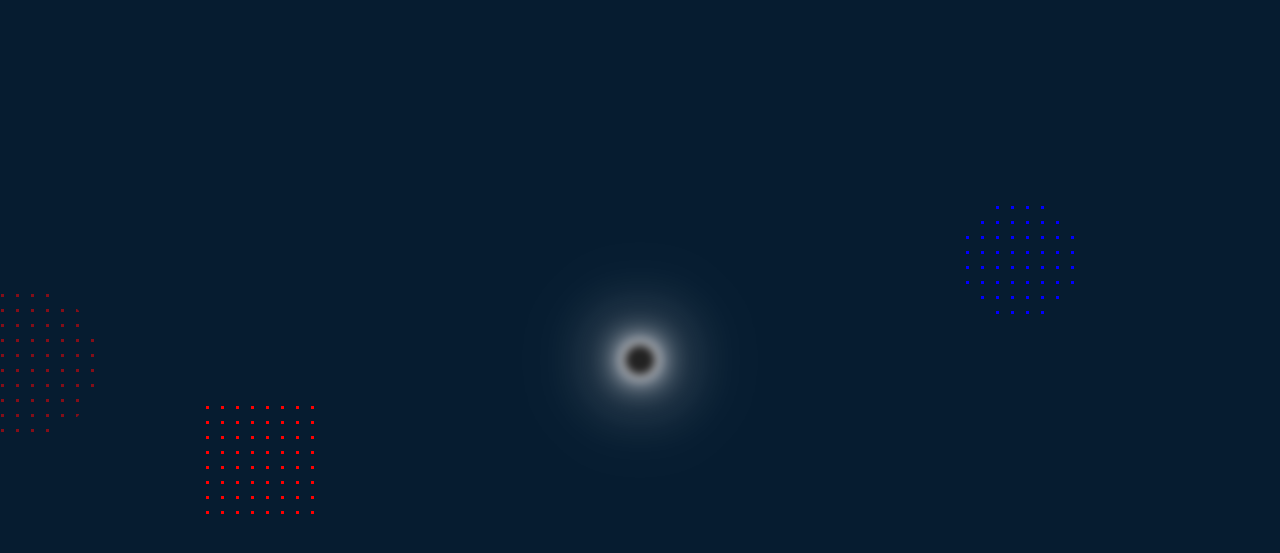
Repository: AdeniranZion/RC-Academy
Page: http://localhost/test/page.php
An editor plug-in stored every save of this project. The page is shown before and after the next save, followed by the edit.
The browser window is 1280 px wide. The pictures show the whole page.
The page is run by PHP 8.4 with error messages shown; the project is at /var/www/html/.

Above is the page before, as saved 2024-06-24 11:39:20.

### test/page.php
<!DOCTYPE html>
<html lang="en">
<head>
  <meta charset="utf-8" />
  <title>Neon Object Movement</title>
  <meta name="viewport" content="width=device-width, initial-scale=1, minimum-scale=1, maximum-scale=1" />
  <style>
    body, html {
      margin: 0;
      padding: 0;
      height: 100%;
      overflow: hidden; /* Prevent scrollbars */
    }

    .neon-container {
      position: relative;
      width: 100%;
      height: 100%;
      display: flex;
      justify-content: center;
      align-items: center;
      background-color: #061c30;
      overflow: hidden; /* Prevent object from going out of bounds */
    }

    .neon-object {
      position: absolute;
      width: 30px;
      height: 30px;
      border-radius: 50%;
      background-color: #222; /* Add a background color for visibility */
      box-shadow: 0 0 10px #fed, 0 0 20px #dde, 0 0 30px #fff, 0 0 40px #ddd, 0 0 70px #ddd, 0 0 80px #ddd, 0 0 100px #ddd, 0 0 150px #ddd;
      filter: blur(4px); /* Add Gaussian blur effect */
      pointer-events: none; /* Prevent mouse events on the object itself */
      transition: transform 0.1s ease-out; /* Smooth movement */
    }

    .neon-object-2 {
      width: 120px;
      height: 120px;
      border-radius: 3px;
      background-image: radial-gradient(circle, red 15%, transparent 5%); /* Dotted pattern */
      background-size: 15px 15px; /* Size of each dot */
      background-position: 0 0; /* Start position of background */
      position: fixed;
      bottom: 200px;
      left: 200px;
      transition: transform 0.1s ease-out; /* Smooth movement */
    }
    .neon-object-3 {
      width: 120px;
      height: 120px;
      border-radius: 100px;
      background-image: radial-gradient(circle, blue 15%, transparent 5%); /* Dotted pattern */
      background-size: 15px 15px; /* Size of each dot */
      background-position: 0 0; /* Start position of background */
      position: fixed;
      top: 200px;
      right: 200px;
      transition: transform 0.1s ease-out; /* Smooth movement */
    }

    /* Styling for the rotating circle */
    .rotating-circle {
      position: fixed;
      left: -50px; /* Adjust position as needed */
      top: 40%; /* Center vertically */
      width: 150px;
      height: 150px;
      border-radius: 50%;
      /* background-color: rgba(255, 0, 0, 0.5); */
      animation: rotate 4s linear infinite; /* Rotate animation */
      background-image: radial-gradient(circle, rgba(255, 0, 0, 0.5) 15%, transparent 5%); /* Dotted pattern */
      background-size: 15px 15px; /* Size of each dot */
      background-position: 0 0; /* Start position of background */
      position: fixed;
    }

    @keyframes rotate {
      from {
        transform: rotate(0deg);
      }
      to {
        transform: rotate(360deg);
      }
    }

  </style>
</head>
<body>
  <div class="neon-container">
    <div class="neon-object"></div>
    <div class="neon-object-2"></div>
    <div class="neon-object-3"></div>
  </div>

  <!-- Rotating circle element -->
  <div class="rotating-circle"></div>

  <script>
    document.addEventListener('mousemove', function(e) {
      const neonObject = document.querySelector('.neon-object');
      const neonObject2 = document.querySelector('.neon-object-2');
      const neonObject3 = document.querySelector('.neon-object-3');
      const container = document.querySelector('.neon-container');

      // Get the mouse position relative to the container
      const rect = container.getBoundingClientRect();
      const centerX = rect.left + rect.width / 2;
      const centerY = rect.top + rect.height / 2;

      // Calculate the distance from the center
      const distanceX = e.clientX - centerX;
      const distanceY = e.clientY - centerY;

      // Set a multiplier to control the trailing effect
      const multiplier = 0.04; // Adjust this value for the trailing effect

      // Update the position of neon-object with a trailing effect
      neonObject.style.transform = `translate(${multiplier * distanceX}px, ${multiplier * distanceY}px)`;

      // Update the position of neon-object-2 with the same trailing effect
      neonObject2.style.transform = `translate(${multiplier * distanceX}px, ${multiplier * distanceY}px)`;

      // Update the position of neon-object-3 with the opposite trailing effect
      neonObject3.style.transform = `translate(${-multiplier * distanceX}px, ${-multiplier * distanceY}px)`;
    });
  </script>
</body>
</html>

After the next save:
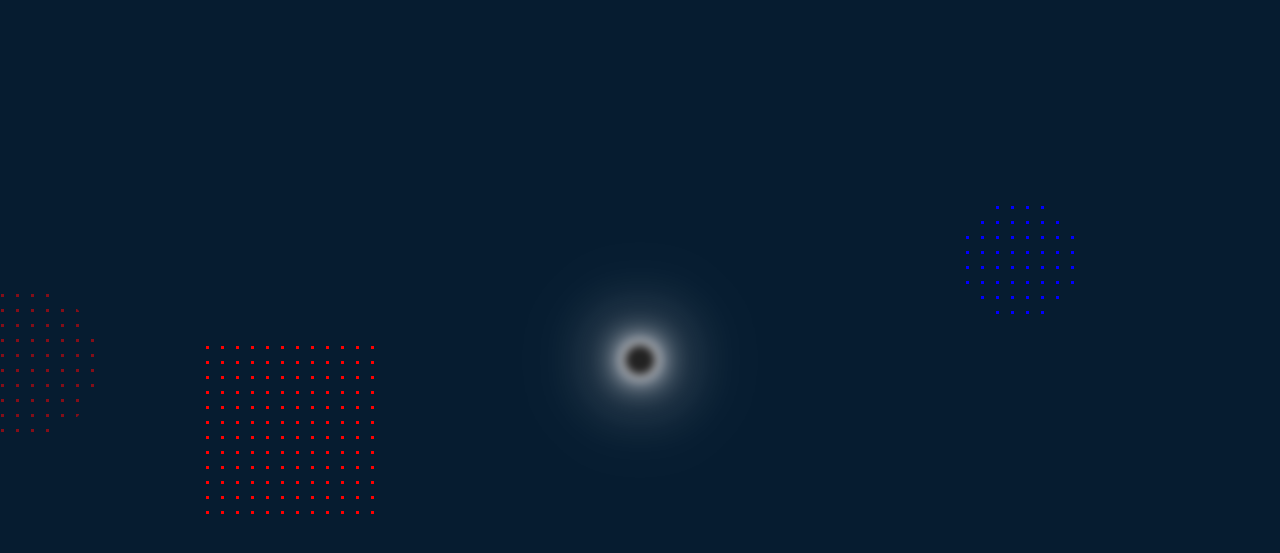
Saved 24 s later.
--- a/test/page.php
+++ b/test/page.php
@@ -36,8 +36,8 @@
     }
 
     .neon-object-2 {
-      width: 120px;
-      height: 120px;
+      width: 180px;
+      height: 180px;
       border-radius: 3px;
       background-image: radial-gradient(circle, red 15%, transparent 5%); /* Dotted pattern */
       background-size: 15px 15px; /* Size of each dot */
